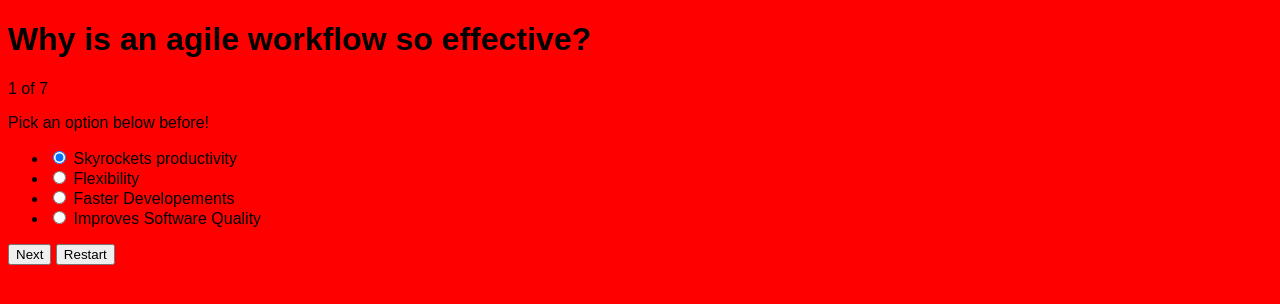
Repository: mukiSabljakovic/Quiz-APP
Page: index.html
An editor plug-in stored every save of this project. The page is shown before and after the next save, followed by the edit.
The browser window is 1280 px wide. The pictures show the whole page.

Above is the page before, as saved 2020-05-01 11:35:23.

### index.html
<!DOCTYPE html>
<html lang="en">
<head>
    <meta charset="UTF-8">
    <meta name="viewport" content="width=device-width, initial-scale=1.0">
    <title>Quiz</title>
    <link rel="stylesheet" href="css/style.css">
</head>
<body>
    <div class="app">
        <div class="container">
            <div class="jabquiz">

                <div class="jabquiz__question-box">
                    <h1 class="jabquiz__question">Why is an agile workflow so effective?</h1>
                    <p class="jabquiz__tracker">1 of 7</p>
                    <div class="progress">
                        <div class="progress__inner">

                        </div>
                    </div>
                    <p class="jabquiz__tagline">Pick an option below before!</p>
                </div>



                <div class="jabquiz__choices-box">
                    <ul class="jabquiz__choices">
                        <!-- dynamically with js -->
                        <li class="jabquiz__choice">
                            <input type="radio" name="choice" id="choice0" class="jabquiz__input" checked>
                            <label for="choice0" class="jabquiz__label">
                                <i></i>
                                Skyrockets productivity
                            </label>
                        </li>
                        <li class="jabquiz__choice">
                            <input type="radio" name="choice" id="choice0" class="jabquiz__input">
                            <label for="choice0" class="jabquiz__label">
                                <i></i>
                                Flexibility
                            </label>
                        </li>
                        <li class="jabquiz__choice">
                            <input type="radio" name="choice" id="choice0" class="jabquiz__input" >
                            <label for="choice0" class="jabquiz__label">
                                <i></i>
                                Faster Developements
                            </label>
                        </li>
                        <li class="jabquiz__choice">
                            <input type="radio" name="choice" id="choice0" class="jabquiz__input" >
                            <label for="choice0" class="jabquiz__label">
                                <i></i>
                                Improves Software Quality
                            </label>
                        </li>
                    </ul>
                </div>



                <div class="jabquiz__footer">
                    <button class="button button--bordered next">Next</button>
                    <button class="button button--bordered restart">Restart</button>
                </div>



            </div>
        </div>
    </div>
</body>
</html>

### css/style.css
:root {
    --main-color: red;
    --second-color: #4433dd;
    --main-stack: sans-serif;

    --main-font-color: #1a1a1a;
    --main-bg-color: white;
}

body {
    background: var(--main-color);
    font-family: var(--main-stack);
}

After the next save:
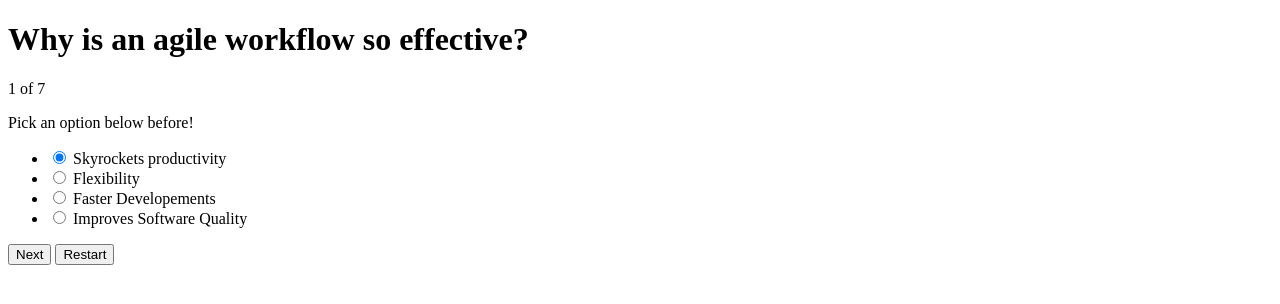
Saved 63 s later.
--- a/css/style.css
+++ b/css/style.css
@@ -1,10 +1,8 @@
 :root {
-    --main-color: red;
-    --second-color: #4433dd;
-    --main-stack: sans-serif;
-
     --main-font-color: #1a1a1a;
     --main-bg-color: white;
+    --main-theme-color: rgb(243, 168, 47);
+    --light-white: #f5f5f5;
 }
 
 body {
